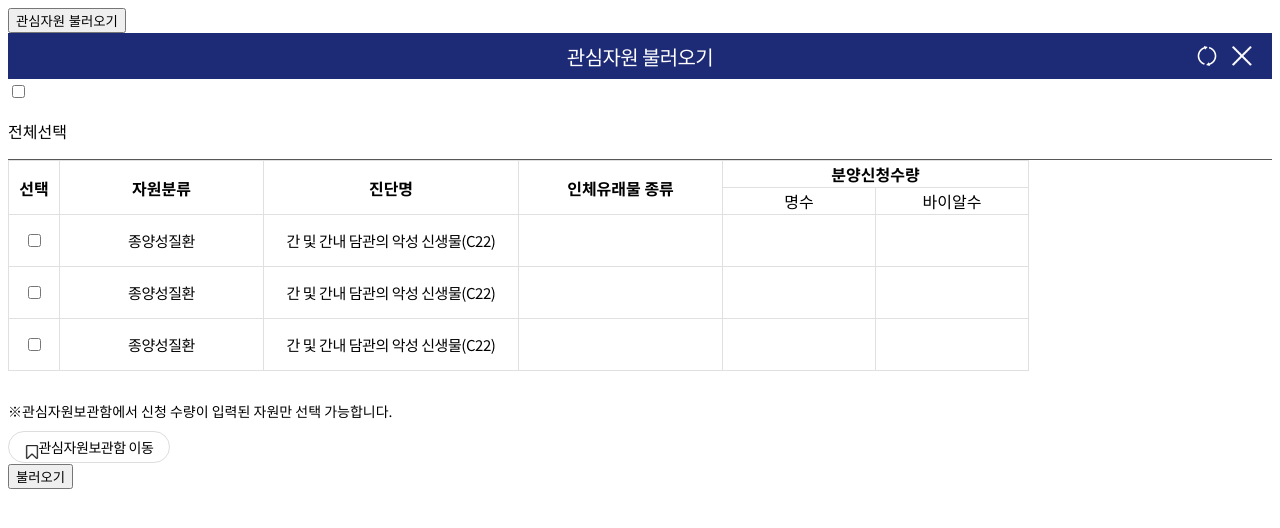
Repository: dlgywls1130/one_popup
Page: index.html
These files come from the project's save history. The page is drawn as it stood at one moment and after the next save; the edit follows.
The browser window is 1280 px wide. The pictures show the whole page.
Some web fonts or font styles are not loaded; a fallback is used.

Above is the page before, as saved 2023-10-25 22:17:50.

### index.html
<!DOCTYPE html>
<html lang="en">
<head>
    <meta charset="UTF-8">
    <meta name="viewport" content="width=device-width, initial-scale=1.0">
    <title>관심자원</title>

    <link rel="stylesheet" href="./style.css">

</head>
<body>
    <button type="button">관심자원 불러오기</button>

    <div class="modal_new">
        <div class="modal_head">
            <div class="modal_title">관심자원 불러오기</div>
            <div class="modal_right">
                <div class="refresh">
                    <img src="./img/reload.png">
                </div>
                <div class="close">
                    <img src="./img/close.png">
                </div>
            </div>
        </div>
        <div class="modal_body">
            <div class="all_check">
                <label>
                    <input type="checkbox">
                    <p>전체선택</p>
                </label>
            </div>

            <div class="body_all_list">
                <table class="list_table_wrap">
                    <tr class="table_head">
                        <th rowspan='2'>선택</th>
                        <th rowspan='2'>자원분류</th>
                        <th rowspan='2'>진단명</th>
                        <th rowspan='2'>인체유래물 종류</th>
                        <th colspan='2'>분양신청수량</th>
                    </tr>
                    <tr class="table_head">
                        <td class="column_sum">명수</td>
                        <td class="column_sum">바이알수</td>
                    </tr>
                    <tr class="table_body_content">
                        <td><input type="checkbox" name="choice"></td>
                        <td>종양성질환</td>
                        <td>간 및 간내 담관의 악성 신생물(C22)</td>
                        <td></td>
                        <td></td>
                        <td></td>
                    </tr>
                    <tr  class="table_body_content">
                        <td><input type="checkbox" name="choice"></td>
                        <td>종양성질환</td>
                        <td>간 및 간내 담관의 악성 신생물(C22)</td>
                        <td></td>
                        <td></td>
                        <td></td>
                    </tr>
                    <tr  class="table_body_content">
                        <td><input type="checkbox" name="choice"></td>
                        <td>종양성질환</td>
                        <td>간 및 간내 담관의 악성 신생물(C22)</td>
                        <td></td>
                        <td></td>
                        <td></td>
                    </tr>
                </table>
            </div>


            <p class="span_bottom">※관심자원보관함에서 신청 수량이 입력된 자원만 선택 가능합니다.</p>
            <div class="bookmark_link">
                <div class="bookmark_img"><img src="./img/bookmark.png"></div>
                <p>관심자원보관함 이동</p>
            </div>

            <div class="button_import">
                <button type="button">불러오기</button>
            </div>
        </div>
    </div>
</body>
</html>

### style.css


@import url('https://fonts.googleapis.com/css2?family=Noto+Sans+KR:wght@300;400;500;600;700&display=swap');

@import url('https://cdn.jsdelivr.net/gh/orioncactus/pretendard/dist/web/static/pretendard.css');




  .modal_new{
    font-family: 'Noto Sans KR', sans-serif;
  }

.modal_head{
    width: 100%;
    height: 46px;
    display: flex;
    align-items: center;
    justify-content: center;
    background-color: #1D2A75;
    position: relative;
}

.modal_title{
    font-size: 20px;
    letter-spacing: -0.03em;
    color: #fff;
    font-weight: 500;
}

.modal_right{
    position: absolute;
    top: 50%;
    right: 20px;
    transform: translate(0,-50%);
    display: flex;
    align-items: center;
}

.modal_right .refresh{
    margin-right: 15px;
}
.modal_right .refresh,
.modal_right .close{
    width: 20px;
    height: 20px;
}

.modal_right .refresh img,
.modal_right .close img{
    width: 100%;
    height: 100%;
}

.body_all_list{
    border-top: 1px solid #565656;
}

.list_table_wrap,
.list_table_wrap th,
.list_table_wrap td{
    border: 1px solid #E0E0E0;
    border-collapse: collapse;
}

.list_table_wrap tr th:nth-child(1),
.list_table_wrap tr td:nth-child(1){
    width: 5%;
}

.list_table_wrap tr th:nth-child(2),
.list_table_wrap tr td:nth-child(2){
    width: 20%;
}

.list_table_wrap tr th:nth-child(3),
.list_table_wrap tr td:nth-child(3){
    width: 25%;
}

.list_table_wrap tr th:nth-child(4),
.list_table_wrap tr td:nth-child(4){
    width: 20%;
}

.list_table_wrap tr th:nth-child(5),
.list_table_wrap tr td:nth-child(5){
    width: 15%;
}

.list_table_wrap tr th:nth-child(6),
.list_table_wrap tr td:nth-child(6){
    width: 15%;
}

.list_table_wrap .table_head{
    font-weight: 500;
    font-size: 16px;
    font-family: Pretendard,'Noto Sans KR', sans-serif;
    text-align: center;
}


.table_body_content td{
    font-weight: 400;
    font-size: 15px;
    letter-spacing: -0.03em;
    text-align: center;
    padding:15px;
    box-sizing: border-box;
}

.column_sum{

}

.bookmark_link{
    width: 160px;
    height: 30px;
    display: flex;
    align-items: center;
    border: 1px solid #DDDDDD;
    border-radius: 44px;
    justify-content: center;
}

.bookmark_link p{
    font-size: 14px;
    font-weight: 400;
    letter-spacing: -0.03em;
    margin: 0;
}

.bookmark_link .bookmark_img{
width: 14px;
height: 14px;
}

.bookmark_link .bookmark_img img{
    width: 100%;
    height: 100%;
    object-fit: contain;
}

.span_bottom{
    font-size: 14px;
    margin: 30px 0 10px;
}

After the next save:
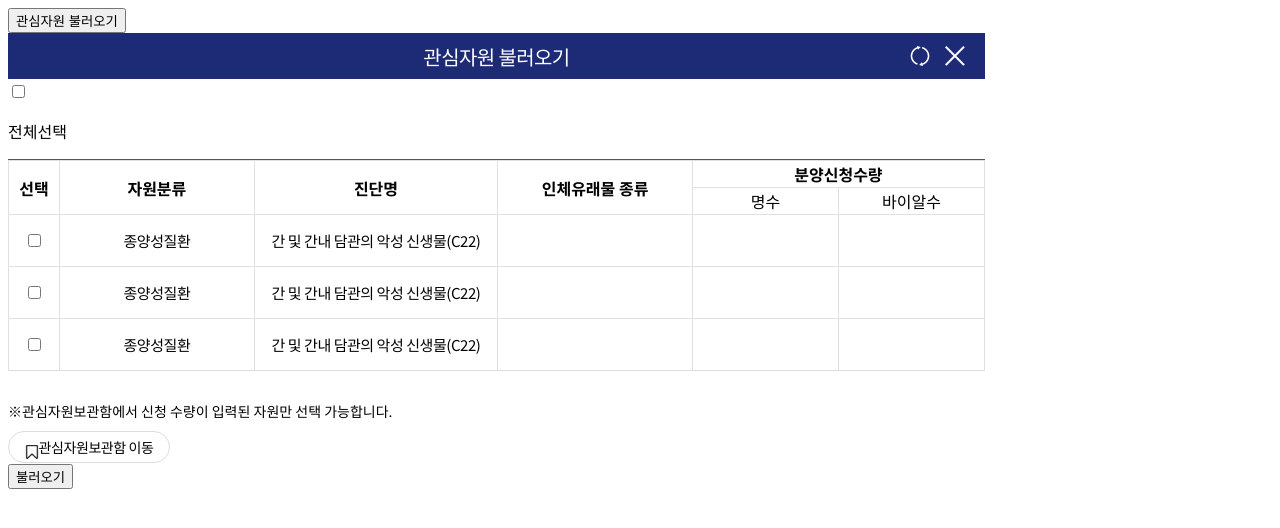
Saved 62 s later.
--- a/style.css
+++ b/style.css
@@ -146,3 +146,8 @@ height: 14px;
     font-size: 14px;
     margin: 30px 0 10px;
 }
+
+.modal_new{
+    width: 977px;
+    height: 600px;
+}
